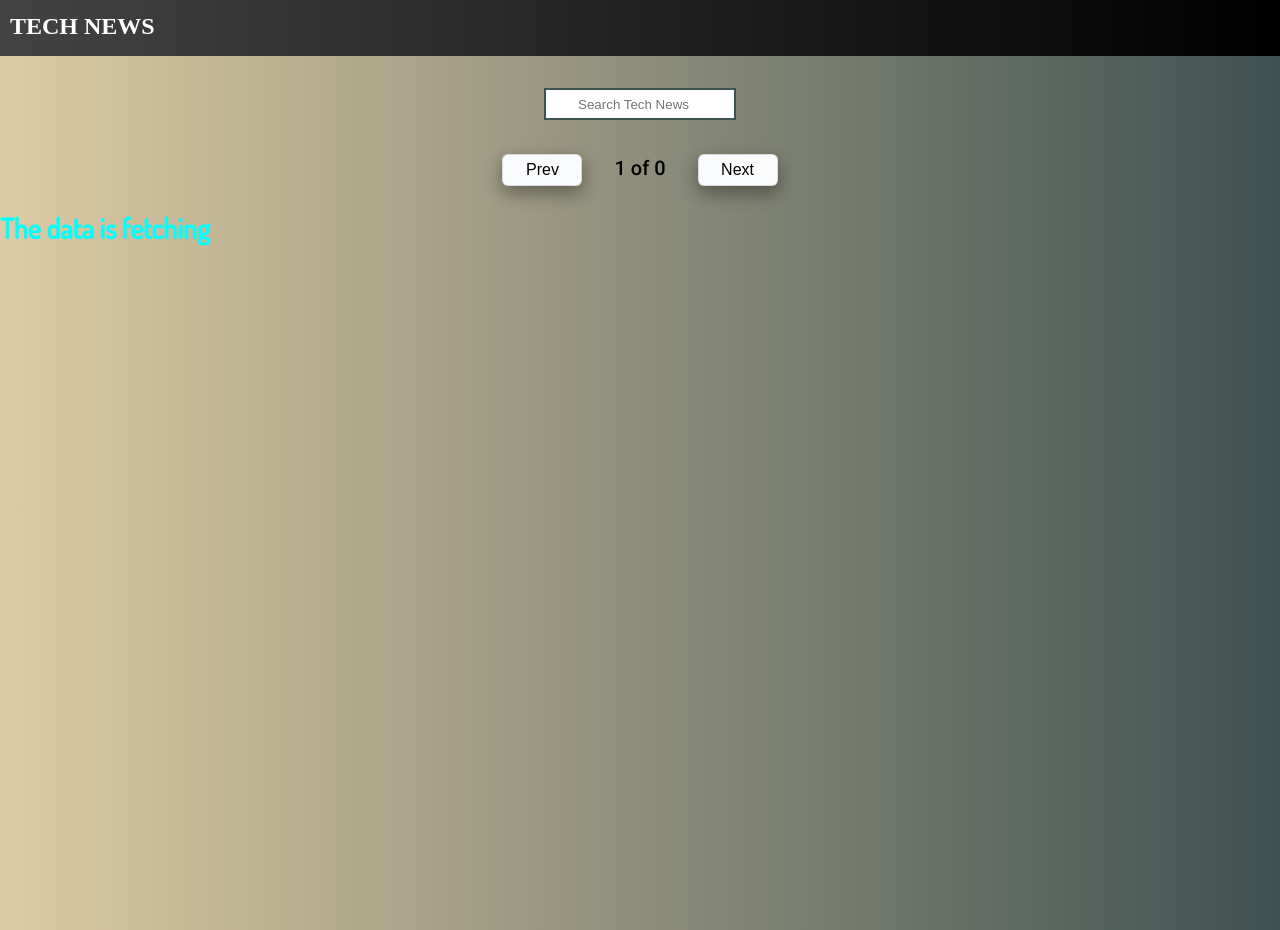
Repository: suraj-yadav7/TechNews
Page: /
An editor plug-in stored every save of this project. The page is shown before and after the next save, followed by the edit.
The browser window is 1280 px wide. The pictures show the whole page.
The page's requests for data from a server got no answer. Some web fonts or font styles are not loaded; a fallback is used. The project was rebuilt for these pictures with package versions that can differ from the ones it lists, and the page was loaded fresh each time. No one was signed in, and anything a server would have sent is missing.

Above is the page before, as saved 2023-04-28 11:16:06.

After the next save:
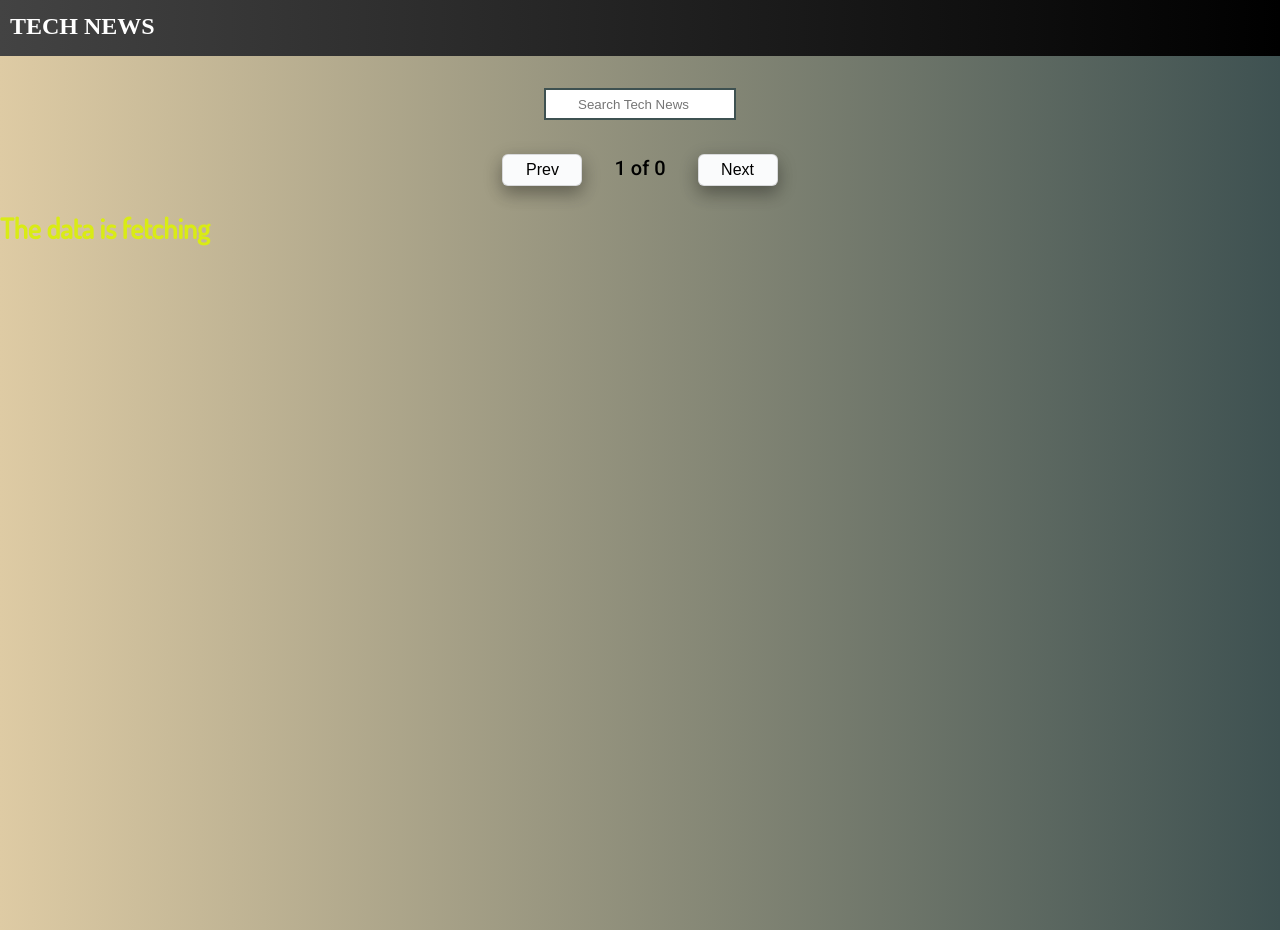
Saved 32 s later.
--- a/src/App.css
+++ b/src/App.css
@@ -65,7 +65,7 @@
   height: 100vh;
   background-image: linear-gradient(to right, #DECBA4, #3E5151);
   font: 800 28px "Dosis";
-  color:aqua;
+  color:rgb(217, 235, 21);
 
 }
 .parentStory{
